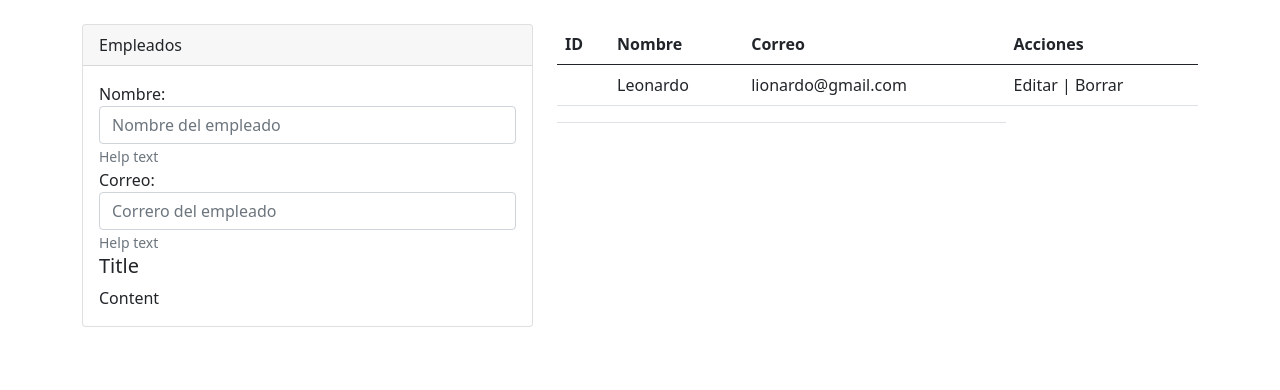
Repository: LionardoGomiz/CRUD-JS-VAINILLA
Page: index.html
The author's editor kept a copy of each file at every save. The page is drawn from the files as they stood at one save, then again after the next save.
The browser window is 1280 px wide. The pictures show the whole page.

Above is the page before, as saved 2021-08-09 17:11:10.

### index.html
<!DOCTYPE html>
<html lang="es">
<head>
    <meta charset="UTF-8">
    <meta http-equiv="X-UA-Compatible" content="IE=edge">
    <meta name="viewport" content="width=device-width, initial-scale=1.0">
    <title>CRUD JS Vainilla</title>
    <link href="https://cdn.jsdelivr.net/npm/bootstrap@5.1.0/dist/css/bootstrap.min.css" rel="stylesheet" integrity="sha384-KyZXEAg3QhqLMpG8r+8fhAXLRk2vvoC2f3B09zVXn8CA5QIVfZOJ3BCsw2P0p/We" crossorigin="anonymous">
    <script src="https://cdn.jsdelivr.net/npm/bootstrap@5.1.0/dist/js/bootstrap.bundle.min.js" integrity="sha384-U1DAWAznBHeqEIlVSCgzq+c9gqGAJn5c/t99JyeKa9xxaYpSvHU5awsuZVVFIhvj" crossorigin="anonymous"></script>
</head>
<body>
    <!--<a name=""  id="" class="btn btn-primary" href="#" role="button">Hola </a>-->
    <div class="container">
        <br>
        <div class="row">
            <br>
            <div class="col-md-5">
                    <div class="card">
                        <div class="card-header">
                            Empleados
                        </div>
                        <div class="card-body">
                            <form action="javascript:void(0);" method="POST">
                                    <div class="form-group">
                                      <label for="">Nombre:</label>
                                      <input type="text" class="form-control" name="nombre" id="nombre" aria-describedby="helpId" placeholder="Nombre del empleado">
                                      <small id="helpId" class="form-text text-muted">Help text</small>
                                    </div>
                                   <div class="form-group">
                                     <label for="">Correo:</label>
                                     <input type="text" class="form-control" name="nombre" id="nombre" aria-describedby="helpId" placeholder="Correro del empleado">

                                     <small id="helpId" class="form-text text-muted">Help text</small>
                                   </div>
                            </form>

                            <h5 class="card-title">Title</h5>
                            <p class="card-text">Content</p>
                        </div>
                    </div>


            </div>
            <div class="col-md-7">
                <table class="table">
                    <thead>
                        <tr>
                            <th>ID</th>
                            <th>Nombre</th>
                            <th>Correo</th>
                            <th>Acciones</th>
                        </tr>
                    </thead>
                    <tbody>
                        <tr>
                            <td></td>
                            <td scope="row">Leonardo</td>
                            <td>lionardo@gmail.com</td>
                            <td>Editar | Borrar</td>
                        </tr>
                        <tr>
                            <td scope="row"></td>
                            <td></td>
                            <td></td>
                        </tr>
                    </tbody>
                </table>
            </div>
        </div>
    </div>
</body>
</html>

After the next save:
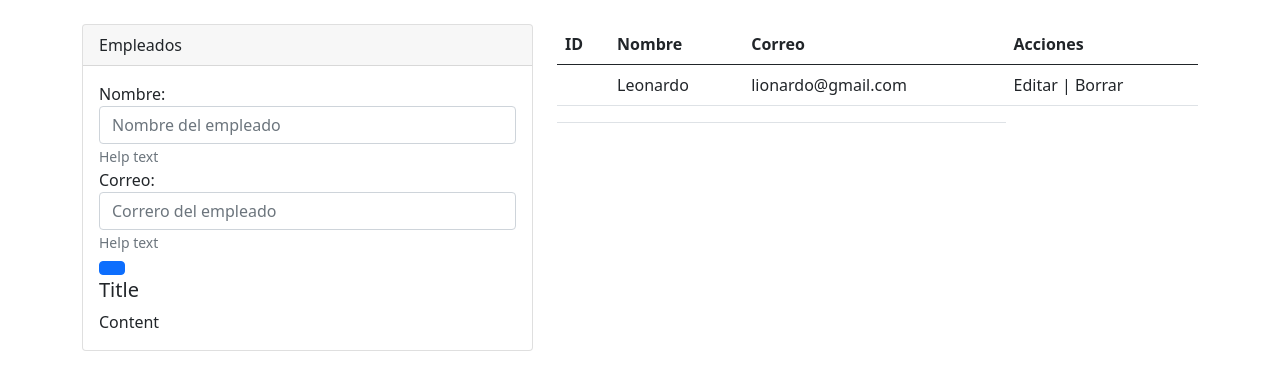
Saved 2 min 11 s later.
--- a/index.html
+++ b/index.html
@@ -33,7 +33,7 @@
                                      <small id="helpId" class="form-text text-muted">Help text</small>
                                    </div>
                             </form>
-
+                            <button type="button" class="btn btn-primary"></button>
                             <h5 class="card-title">Title</h5>
                             <p class="card-text">Content</p>
                         </div>
